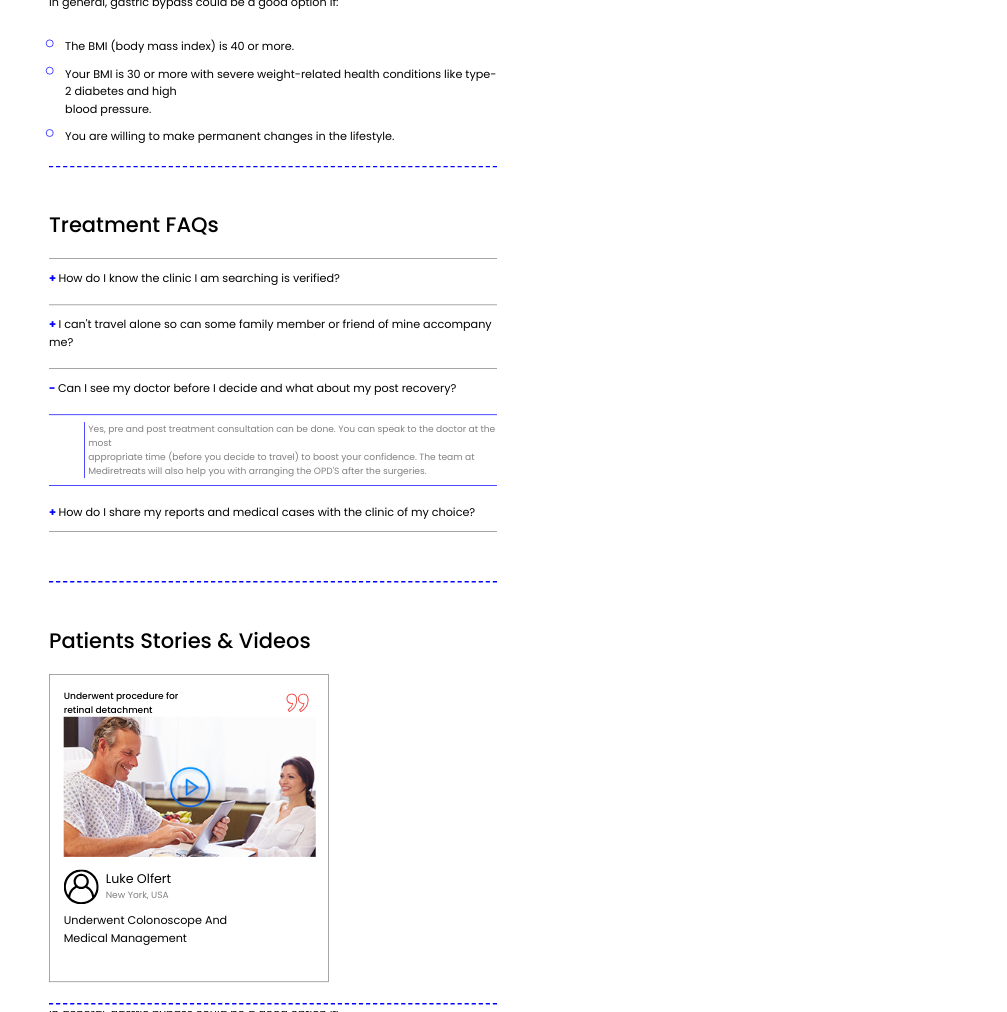
Repository: hetuk2005/webDevelopment
Page: Projects/Aafiya.html
An editor plug-in stored every save of this project. The page is shown before and after the next save, followed by the edit.
The browser window is 1280 px wide. The page is 1438 px wide, so the pictures cover 1438 px, including what lies to the right of the window. The pictures show the part of the page from y = 3920 to 5640 px (the page is 5365 px tall before and 5640 px after), at 70% of full size.
Some web fonts or font styles are not loaded; a fallback is used.

Above is the page before, as saved 2025-04-08 19:44:05.

After the next save:
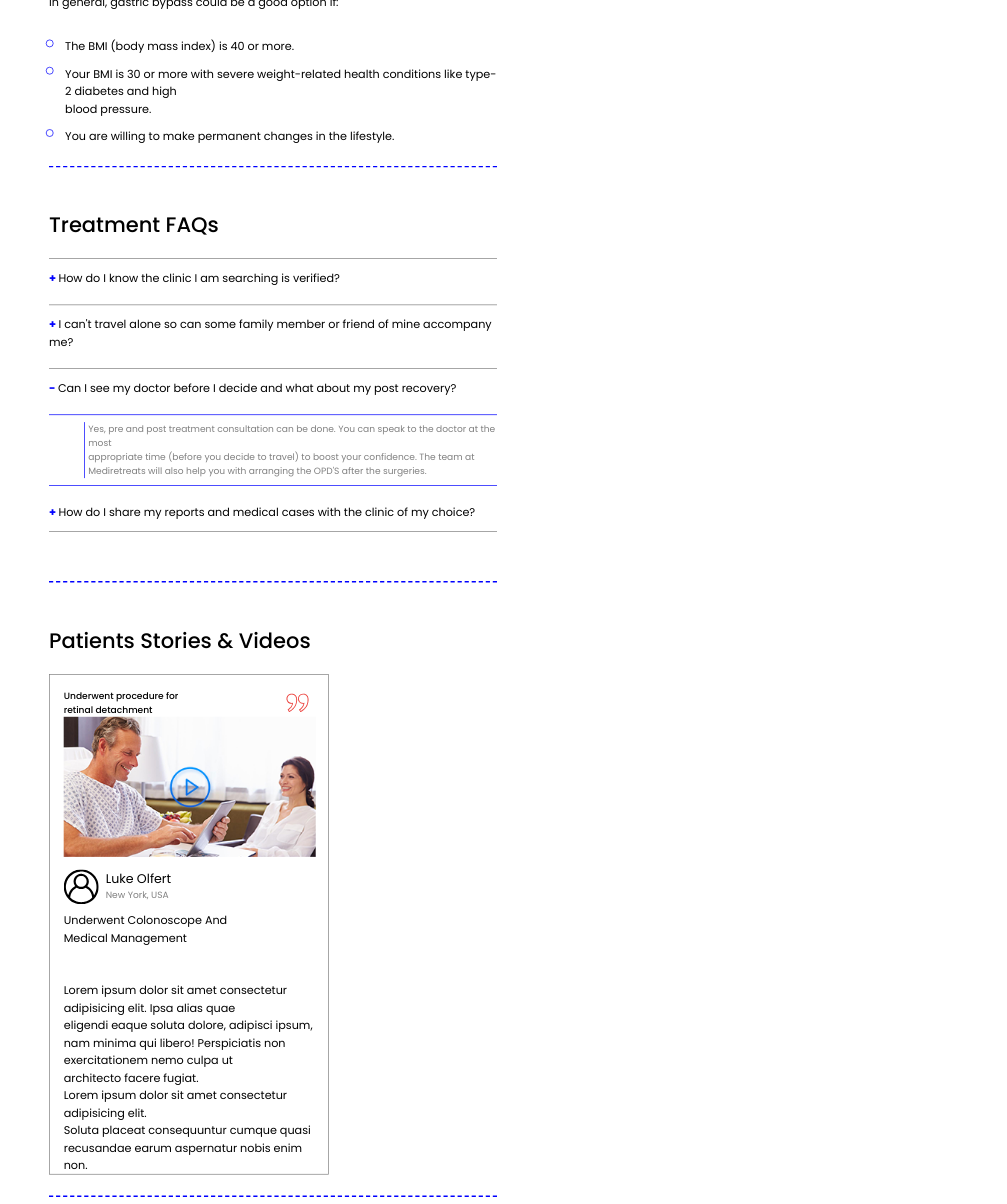
Saved 2 min 14 s later.
--- a/Projects/Aafiya.html
+++ b/Projects/Aafiya.html
@@ -272,6 +272,8 @@
                     Underwent Colonoscope And<br> Medical Management
                 </p>
                 <br><br>
+                <p>Lorem ipsum dolor sit amet consectetur adipisicing elit. Ipsa alias quae<br> eligendi eaque soluta dolore, adipisci ipsum,<br> nam minima qui libero! Perspiciatis non<br> exercitationem nemo culpa ut<br> architecto facere fugiat.<br> Lorem
+                    ipsum dolor sit amet consectetur adipisicing elit.<br> Soluta placeat consequuntur cumque quasi<br> recusandae earum aspernatur nobis enim non.</p>
             </div>
             <div></div>
             <div></div>
